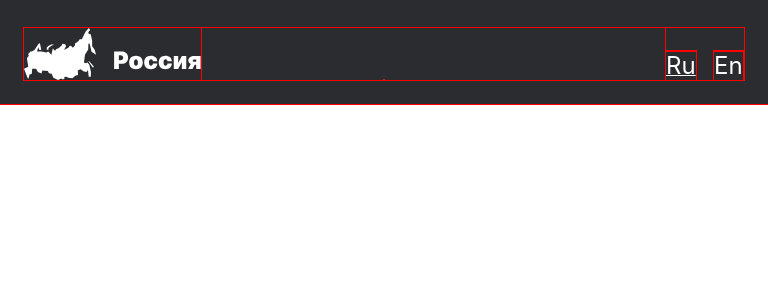
Repository: 89373611988/russia-travel
Page: index.html
An editor plug-in stored every save of this project. The page is shown before and after the next save, followed by the edit.
The browser window is 768 px wide. The pictures show the whole page.
Some web fonts or font styles are not loaded; a fallback is used.

Above is the page before, as saved 2021-12-18 14:26:31.

After the next save:
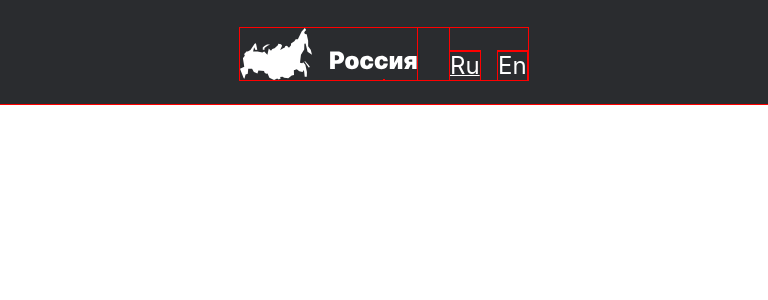
Saved 29 s later.
--- a/blocks/header/header.css
+++ b/blocks/header/header.css
@@ -19,6 +19,6 @@
 
 @media (max-width: 940px) {
   .header {
-    width: 720px;
+    width: 288px;
   }
 }
